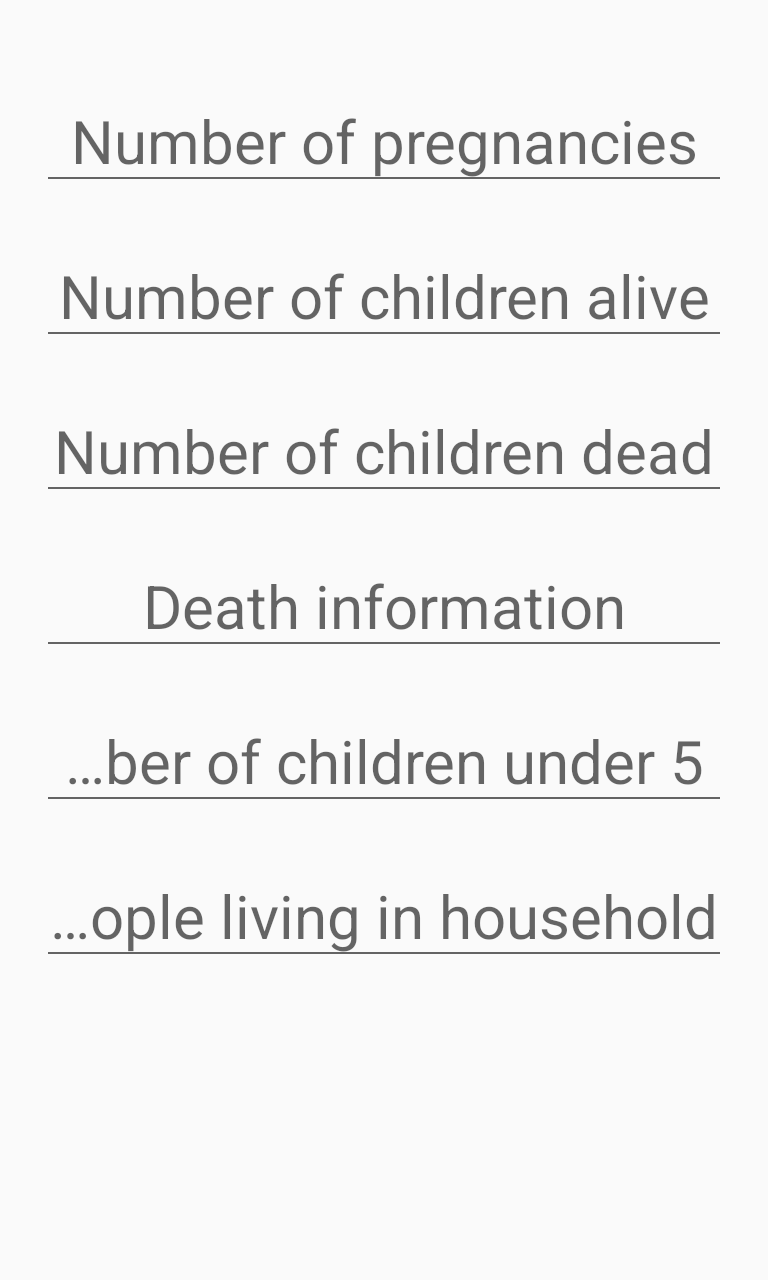
Repository: achavez812/GuatemalaProject2
Layout: GuateMedic-master/GuateMedic/res/layout/fragment_add_new_family_visit2.xml
The author's editor kept a copy of each file at every save. The layout is drawn from the files as they stood at one save, then again after the next save.
It is drawn on a 768 x 1280 px phone screen (xhdpi) without system bars, with theme AppTheme; the app's code is not run.

Above is the layout before, as saved 2014-07-05 03:24:52.

After the next save:
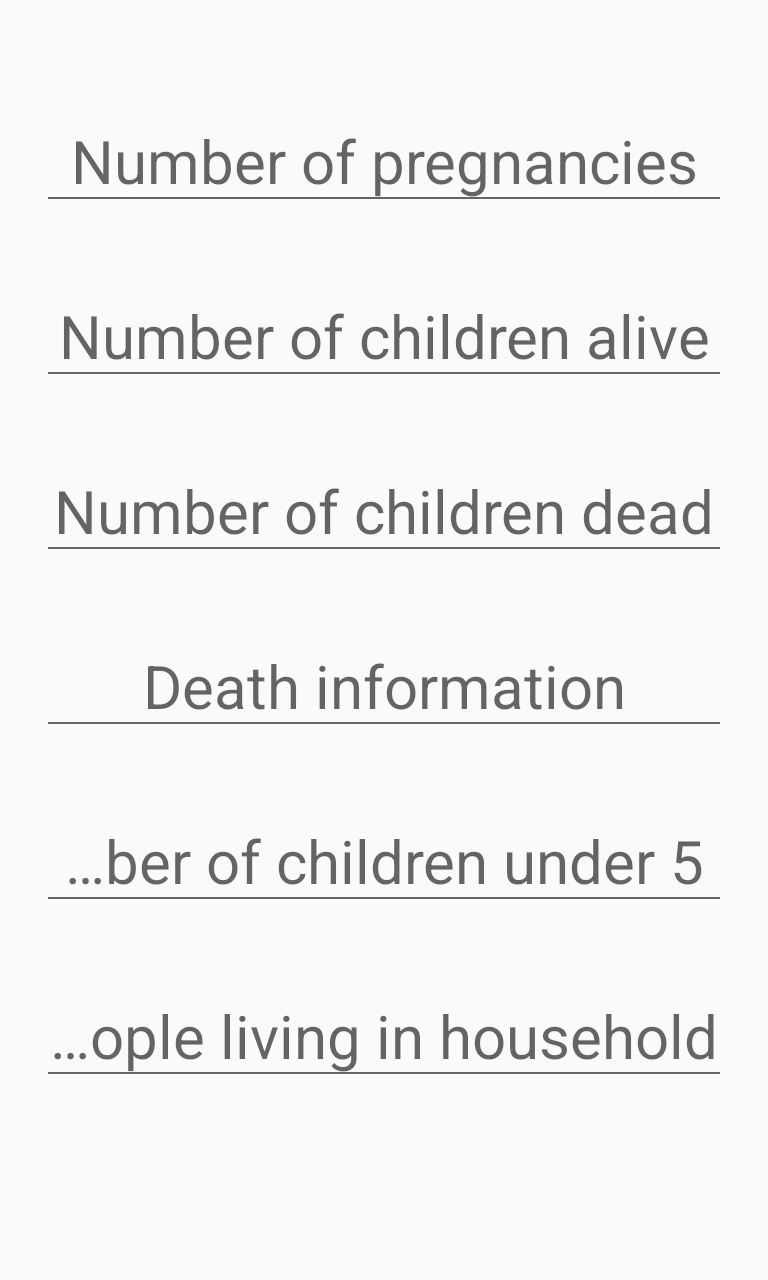
Saved 2 min 0 s later.
--- a/GuateMedic-master/GuateMedic/res/layout/fragment_add_new_family_visit2.xml
+++ b/GuateMedic-master/GuateMedic/res/layout/fragment_add_new_family_visit2.xml
@@ -15,7 +15,7 @@
             android:layout_width="match_parent"
             android:layout_height="wrap_content"
             android:gravity="center"
-			android:layout_marginTop="20dp"
+			android:layout_marginTop="30dp"
 			android:ellipsize="start"
             android:inputType="number"
             android:textSize="30sp"
@@ -26,7 +26,7 @@
             android:layout_width="match_parent"
             android:layout_height="wrap_content"
             android:gravity="center"
-			android:layout_marginTop="20dp"
+			android:layout_marginTop="30dp"
 			android:ellipsize="start"
             android:inputType="number"
             android:textSize="30sp"
@@ -37,7 +37,7 @@
             android:layout_width="match_parent"
             android:layout_height="wrap_content"
             android:gravity="center"
-			android:layout_marginTop="20dp"
+			android:layout_marginTop="30dp"
 			android:ellipsize="start"
             android:inputType="number"
             android:textSize="30sp"
@@ -48,7 +48,7 @@
             android:layout_width="match_parent"
             android:layout_height="wrap_content"
             android:gravity="center"
-			android:layout_marginTop="20dp"
+			android:layout_marginTop="30dp"
 			android:ellipsize="start"
             android:textSize="30sp"
             android:hint="Death information" />
@@ -58,7 +58,7 @@
             android:layout_width="match_parent"
             android:layout_height="wrap_content"
             android:gravity="center"
-			android:layout_marginTop="20dp"
+			android:layout_marginTop="30dp"
 			android:ellipsize="start"
             android:inputType="number"
             android:textSize="30sp"
@@ -69,7 +69,7 @@
             android:layout_width="match_parent"
             android:layout_height="wrap_content"
             android:gravity="center"
-			android:layout_marginTop="20dp"
+			android:layout_marginTop="30dp"
 			android:ellipsize="start"
             android:inputType="number"
             android:textSize="30sp"
@@ -79,7 +79,7 @@
 			android:layout_width="match_parent"
             android:layout_height="wrap_content"
             android:gravity="center"
-			android:layout_marginTop="20dp"
+			android:layout_marginTop="30dp"
 			android:ellipsize="start"
             android:inputType="number"
             android:textSize="30sp"
